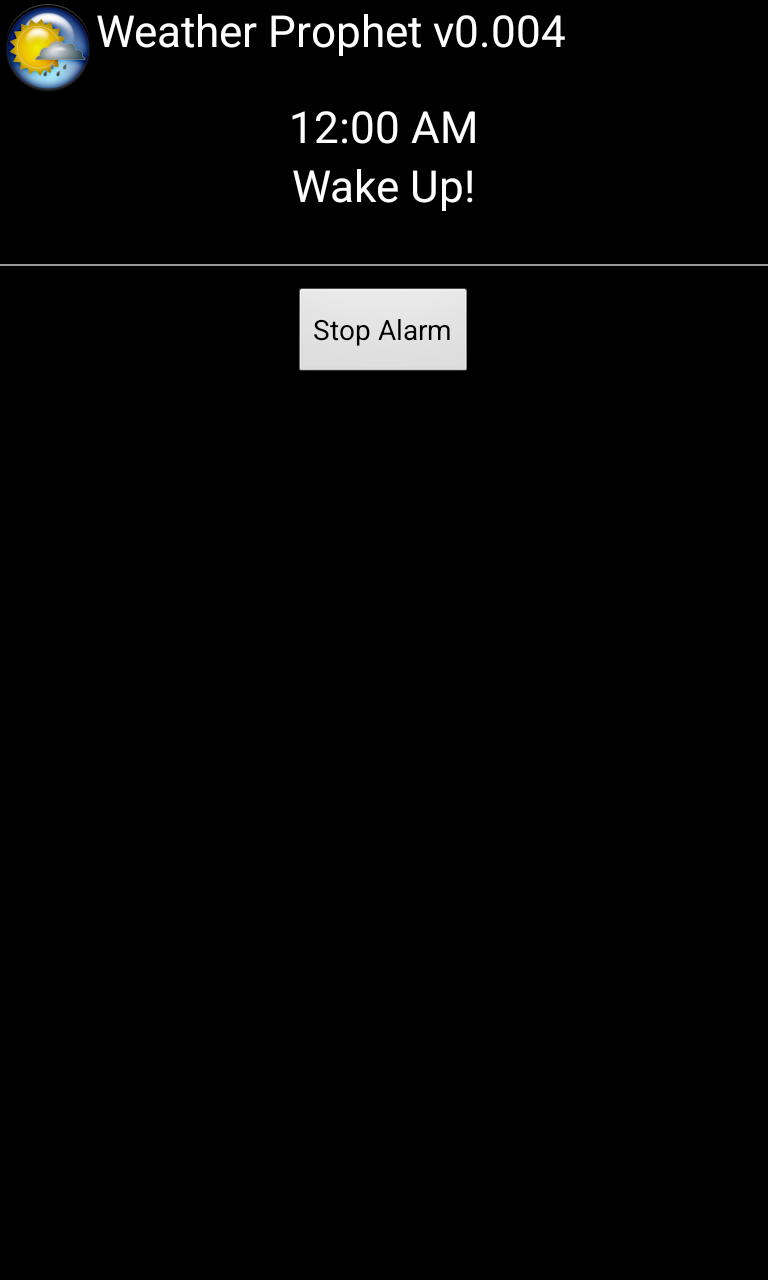
Repository: kaleidos/Weather-Prophet
Layout: android/WeatherProphet/res/layout/showalarm.xml
The author's editor kept a copy of each file at every save. The layout is drawn from the files as they stood at one save, then again after the next save.
It is drawn on a 768 x 1280 px phone screen (xhdpi) without system bars, with theme android:Theme; the app's code is not run.

Above is the layout before, as saved 2011-12-15 16:59:05.

### android/WeatherProphet/res/layout/showalarm.xml
<?xml version="1.0" encoding="utf-8"?>
<LinearLayout xmlns:android="http://schemas.android.com/apk/res/android"
    android:layout_width="fill_parent"
    android:layout_height="fill_parent"
    android:gravity="center_horizontal"
    android:orientation="vertical" >

    <LinearLayout
        android:layout_width="fill_parent"
        android:layout_height="wrap_content"
        android:gravity="fill_horizontal" >

        <ImageView
            android:id="@+id/imageView1"
            android:layout_width="wrap_content"
            android:layout_height="wrap_content"
            android:src="@drawable/ic_weather_prophet"
            android:textAppearance="?android:attr/textAppearanceMedium" />

        <TextView
            android:layout_width="fill_parent"
            android:layout_height="wrap_content"
            android:text="@string/hello"
            android:textAppearance="?android:attr/textAppearanceLarge" />
    </LinearLayout>

    <DigitalClock
        android:id="@+id/digitalClock1"
        android:layout_width="wrap_content"
        android:layout_height="wrap_content"
        android:text="DigitalClock"
        android:textAppearance="?android:attr/textAppearanceLarge" />

    <TextView
        android:id="@+id/textView1"
        android:layout_width="wrap_content"
        android:layout_height="wrap_content"
        android:text="@string/wake_up"
        android:textAppearance="?android:attr/textAppearanceLarge" />

    <ImageView
        android:id="@+id/imageView1"
        android:layout_width="fill_parent"
        android:layout_height="1dp"
        android:layout_marginBottom="10dp"
        android:layout_marginTop="25dp"
        android:background="#999999" />

    <Button
        android:id="@+id/button1"
        android:layout_width="wrap_content"
        android:layout_height="wrap_content"
        android:onClick="stopAlarm"
        android:text="@string/stop_alarm" />

</LinearLayout>

### android/WeatherProphet/res/values/strings.xml
<?xml version="1.0" encoding="utf-8"?>
<resources>

    <string name="hello">Weather Prophet v0.004</string>
    <string name="app_name">WeatherProphet</string>
    <string name="wake_up">Wake Up!</string>
    <string name="stop_alarm">Stop Alarm</string>
    <string name="base_hour">Set your wake up hour</string>
    <string name="time_offset">Set offset</string>
    <string name="minutes">5</string>
    <string name="activate">Activate Wake Up Call</string>
    <string name="save">Save Preferences</string>
    <string name="notification">Show notification icon</string>
    <string name="login">Log In</string>
    <string name="username">User name</string>
    <string name="password">Password</string>
    <string name="submit">Submit</string>
    <string name="rainalarm">Rain Alarm</string>
    <string name="activaterainalarm">Activate Rain Alarm</string>
    <string name="ifrain">If rain probability is higer than</string>
    <string name="wakeme">Wake me earlier</string>
    <string name="morning">Morning</string>
    <string name="evening">Evening</string>
    <string name="night">Night</string>
    <string name="sendmail">Send me an email the day before</string>
    <string name="prevision">Weather prevision for today</string>

</resources>

After the next save:
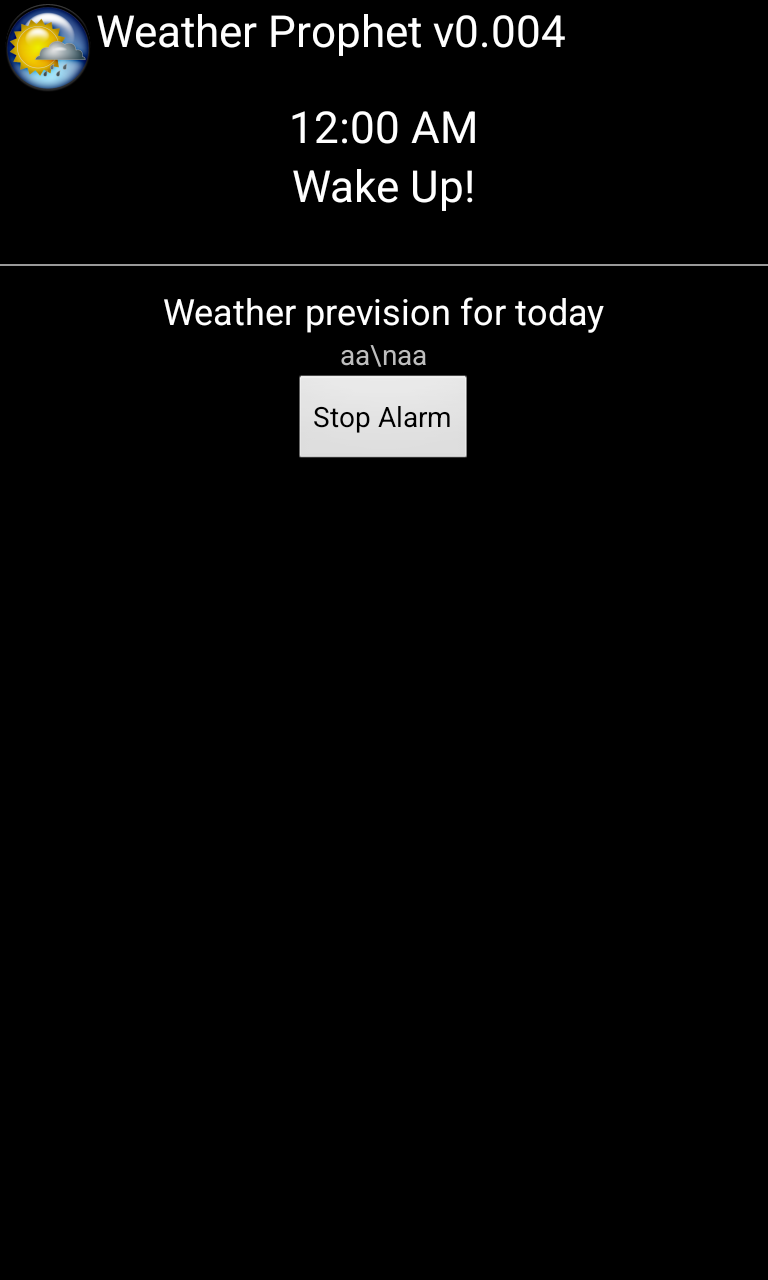
Saved 38 s later.
--- a/android/WeatherProphet/res/layout/showalarm.xml
+++ b/android/WeatherProphet/res/layout/showalarm.xml
@@ -46,6 +46,20 @@
         android:layout_marginTop="25dp"
         android:background="#999999" />
 
+    <TextView
+        android:id="@+id/textView2"
+        android:layout_width="wrap_content"
+        android:layout_height="wrap_content"
+        android:text="@string/prevision"
+        android:textAppearance="?android:attr/textAppearanceMedium" />
+
+    <TextView
+        android:id="@+id/textView3"
+        android:layout_width="wrap_content"
+        android:layout_height="wrap_content"
+        android:text="aa\naa"
+        android:textAppearance="?android:attr/textAppearanceSmall" />
+
     <Button
         android:id="@+id/button1"
         android:layout_width="wrap_content"
